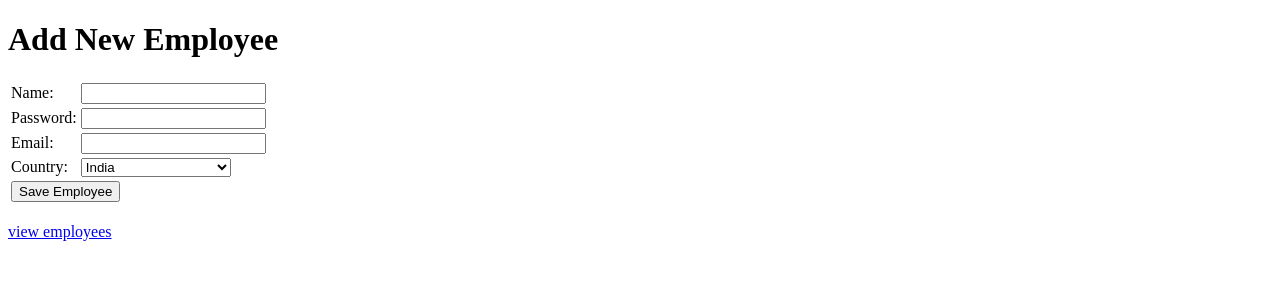
Repository: vamshitriffil/triffil
Page: tri1/Curd/WebContent/index.html
The author's editor kept a copy of each file at every save. The page is drawn from the files as they stood at one save, then again after the next save.
The browser window is 1280 px wide. The pictures show the whole page.

Above is the page before, as saved 2017-10-05 06:11:39.

After the next save:
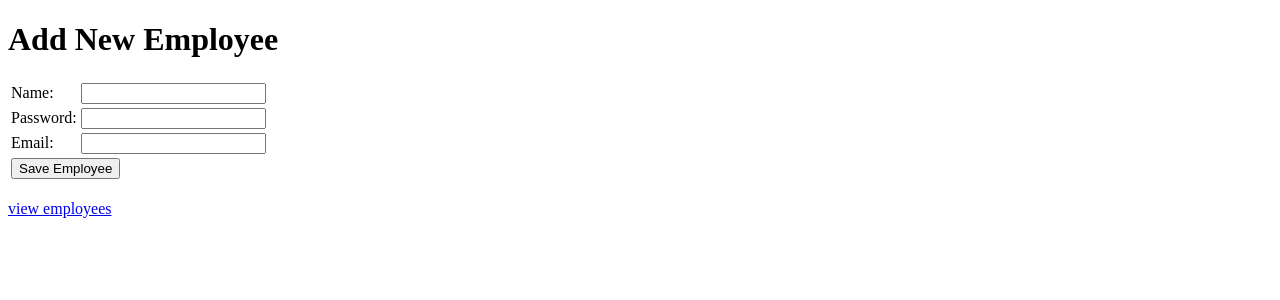
Saved 112 s later.
--- a/tri1/Curd/WebContent/index.html
+++ b/tri1/Curd/WebContent/index.html
@@ -12,14 +12,6 @@
 <tr><td>Name:</td><td><input type="text" name="name"/></td></tr>
 <tr><td>Password:</td><td><input type="password" name="password"/></td></tr>
 <tr><td>Email:</td><td><input type="email" name="email"/></td></tr>
-<tr><td>Country:</td><td>
-<select name="country" style="width:150px">
-<option>India</option>
-<option>USA</option>
-<option>UK</option>
-<option>Other</option>
-</select>
-</td></tr>
 <tr><td colspan="2"><input type="submit" value="Save Employee"/></td></tr>
 </table>
 </form>
